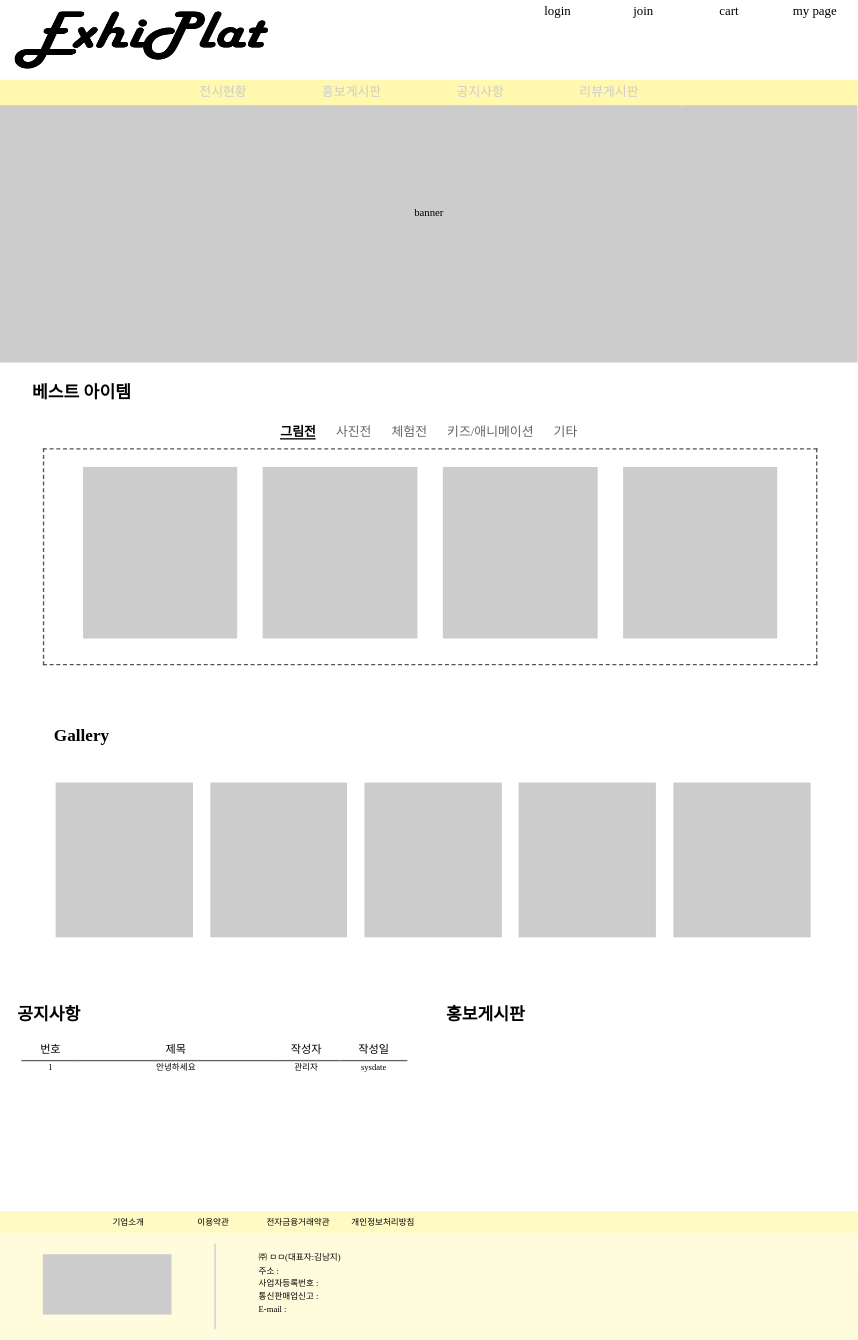
Repository: pnamjitoo/exhibition
Page: http://localhost/exhibition/source/main/index.jsp
These files come from the project's save history. The page is drawn as it stood at one moment and after the next save; the edit follows.
The browser window is 1280 px wide. The pictures show the whole page, at 67% of full size.
Some web fonts or font styles are not loaded; a fallback is used. Some web libraries are served in a nearby version. The page is served by Tomcat 9.

Above is the page before, as saved 2022-09-11 00:50:52.

After the next save:
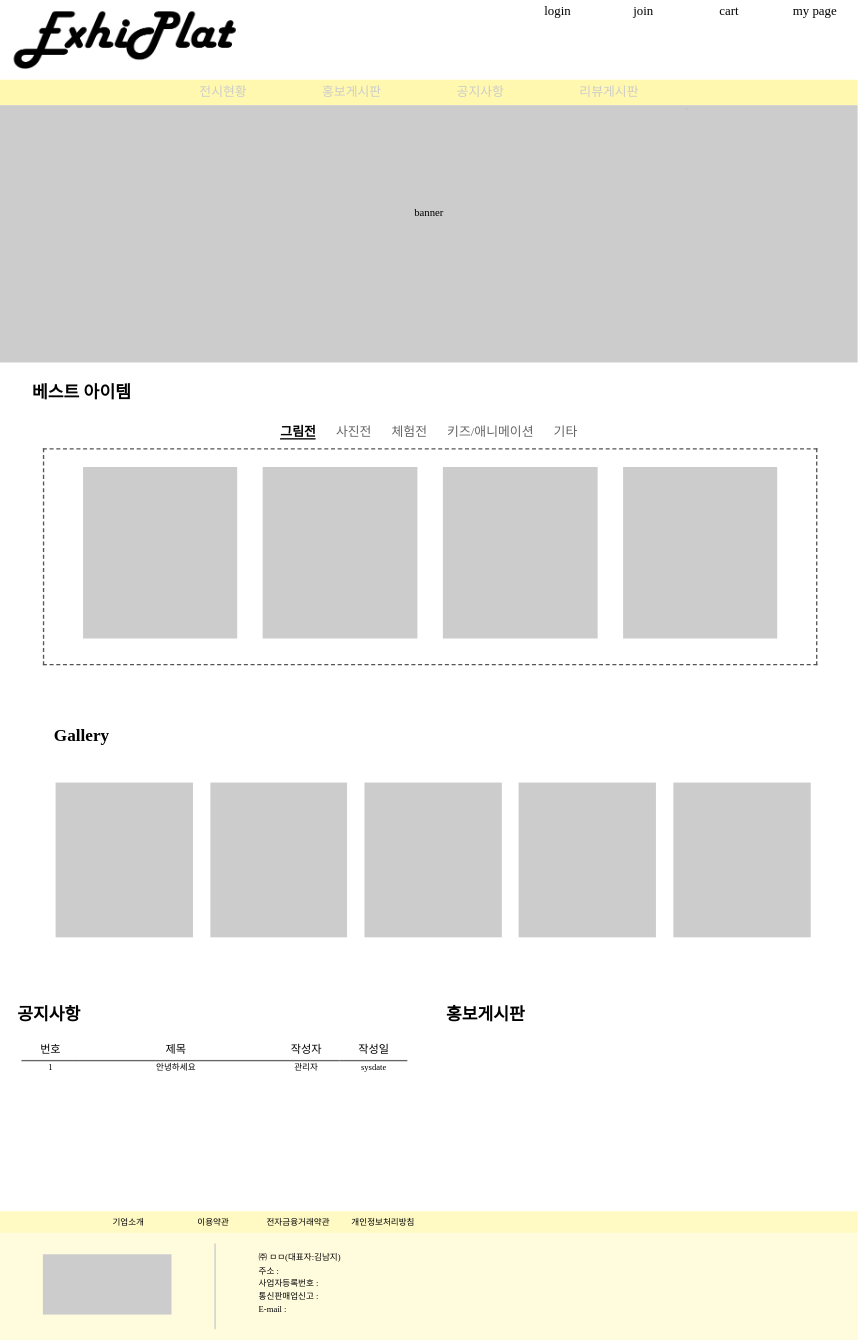
Saved 6 s later.
--- a/exhibition/src/main/webapp/source/main/header.jsp
+++ b/exhibition/src/main/webapp/source/main/header.jsp
@@ -23,7 +23,7 @@
     <div id="wrap">
         <header>
             <div id="logo">
-				<img width='400' height='90' src="${pageContext.request.contextPath}/image/logo.png">
+				<img width='350' height='90' src="${pageContext.request.contextPath}/image/logo.png">
             </div><!--//logo-->
             <div id="top_menu">
                 <ul>
